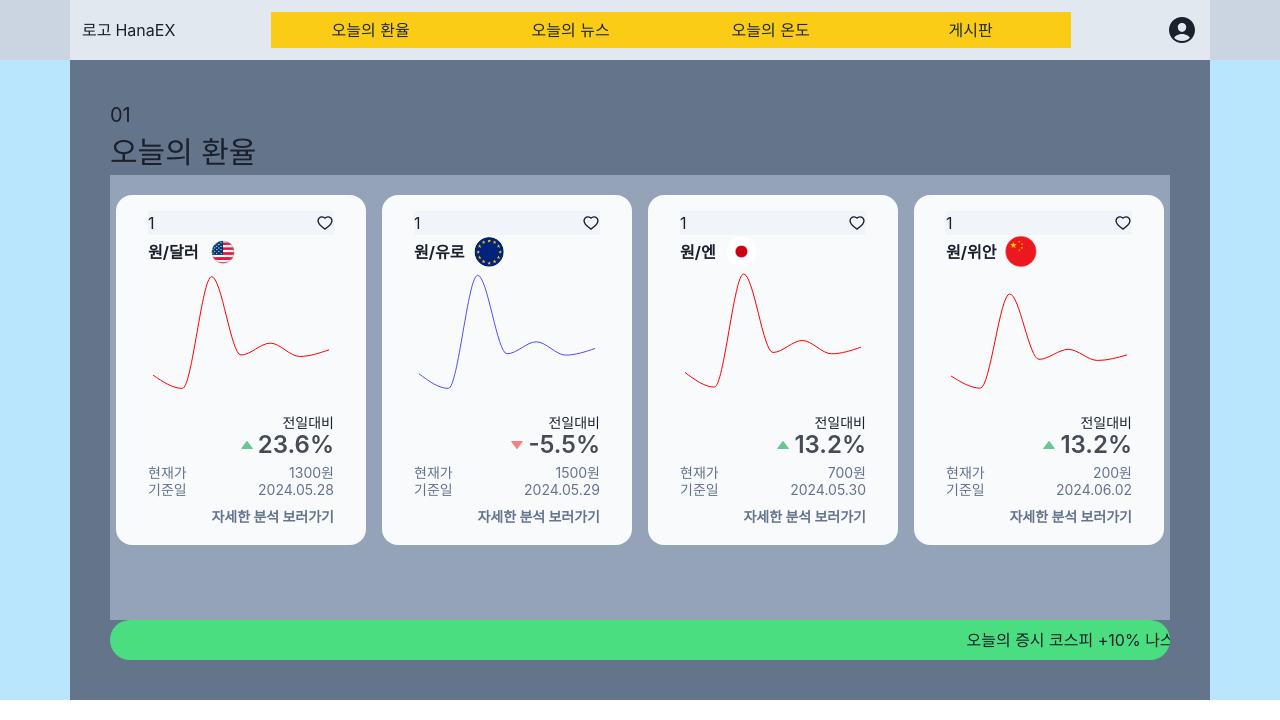
Repository: HANAEX/FRONT
Page: /
The author's editor kept a copy of each file at every save. The page is drawn from the files as they stood at one save, then again after the next save.
The browser window is 1280 px wide. The pictures show the whole page.
The project was rebuilt for these pictures with package versions that can differ from the ones it lists, and the page was loaded fresh each time. Also part of the build but not shown: src/pages/LoginPage.js, src/pages/MyPage.js, src/components/Toggle.js, src/components/SementicCard.js, src/pages/SemanticPage.js, src/components/NewsCard.js, src/pages/NewsPage.js, src/components/CloudChart.js and 6 more.

Above is the page before, as saved 2024-08-13 20:02:29.

After the next save:
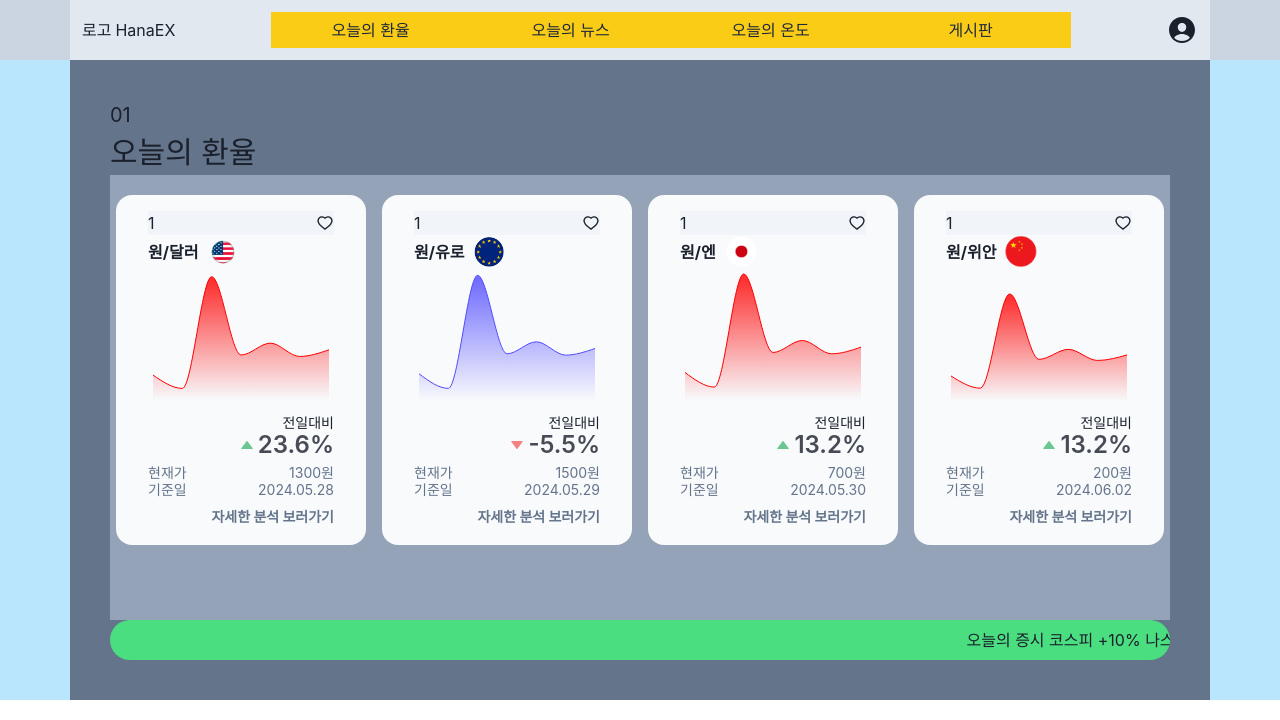
Saved 104 s later.
--- a/src/components/ChartCard.js
+++ b/src/components/ChartCard.js
@@ -55,7 +55,7 @@ const ChartCard = ({ name, increase, imageUrl, currentPrice, date, chartData })
             </linearGradient>
           </defs>
           <Tooltip />
-          <Area type="monotone" dataKey="pv" stroke={increase >= 0 ? '#FF0000' : '#524CFF'} fillOpacity={2} fill="url(#colorPv)" />
+          <Area type="monotone" dataKey="pv" stroke={increase >= 0 ? '#FF0000' : '#524CFF'} fillOpacity={2} fill={`url(#colorPv-${increase >= 0 ? 'positive' : 'negative'})`}/>
         </AreaChart>
       </ResponsiveContainer>
 
